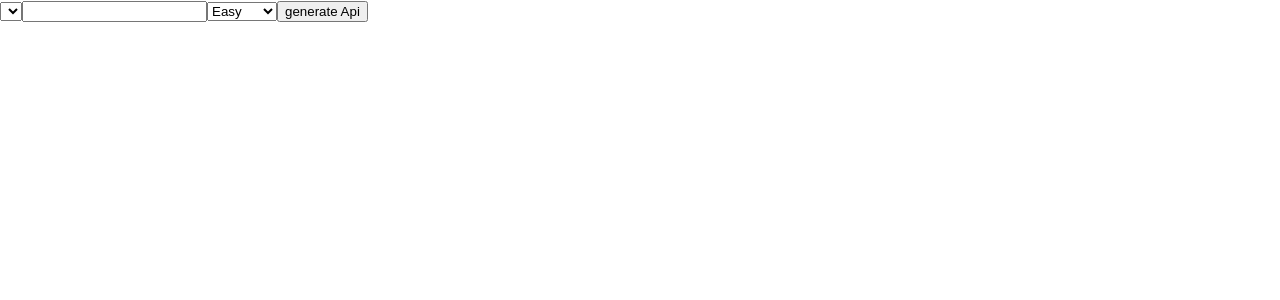
Repository: ranausama48/quiz-App
Page: /
An editor plug-in stored every save of this project. The page is shown before and after the next save, followed by the edit.
The browser window is 1280 px wide. The pictures show the whole page.
The page's requests for data from a server got no answer. The project was rebuilt for these pictures with package versions that can differ from the ones it lists, and the page was loaded fresh each time. No one was signed in, and anything a server would have sent is missing. Also part of the build but not shown: src/components/QuestionCard.tsx, src/components/ScorePage.tsx, src/components/QuizDash.tsx.

Above is the page before, as saved 2020-07-26 12:32:31.

After the next save:
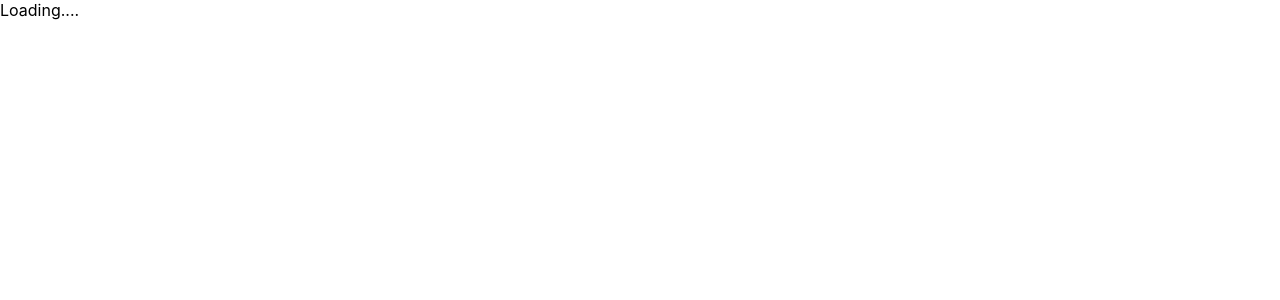
Saved 23 s later.
--- a/src/App.tsx
+++ b/src/App.tsx
@@ -77,7 +77,7 @@
     }
   };
 
-  // if (!quiz.length) return <div>Loading....</div>;
+  if (!quiz.length) return <div>Loading....</div>;
   return (
     <div className="app">
       {console.log(apiParams)}

After the save that followed:
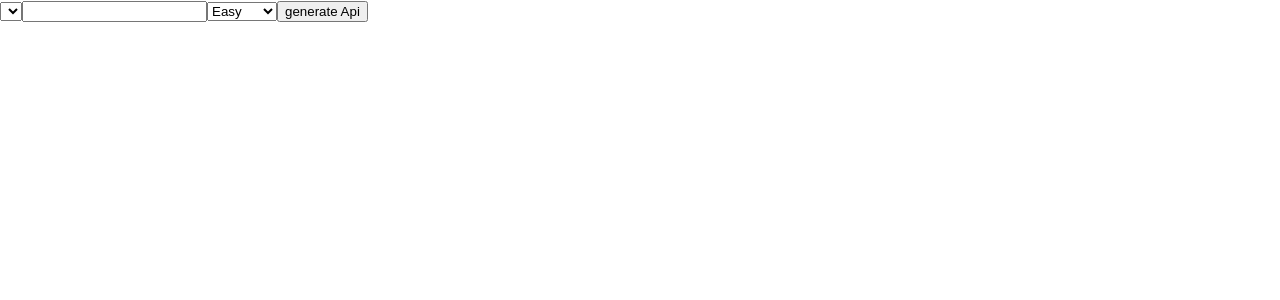
Saved 16 s later.
--- a/src/App.tsx
+++ b/src/App.tsx
@@ -77,7 +77,6 @@
     }
   };
 
-  if (!quiz.length) return <div>Loading....</div>;
   return (
     <div className="app">
       {console.log(apiParams)}
